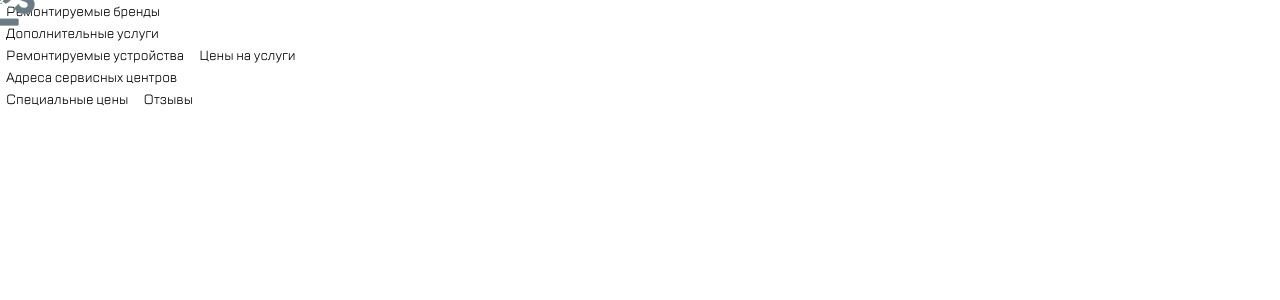
Repository: Dedoxa/Kata-WebCore-
Page: aside.html
An editor plug-in stored every save of this project. The page is shown before and after the next save, followed by the edit.
The browser window is 1280 px wide. The pictures show the whole page.

Above is the page before, as saved 2024-05-10 17:40:51.

After the next save:
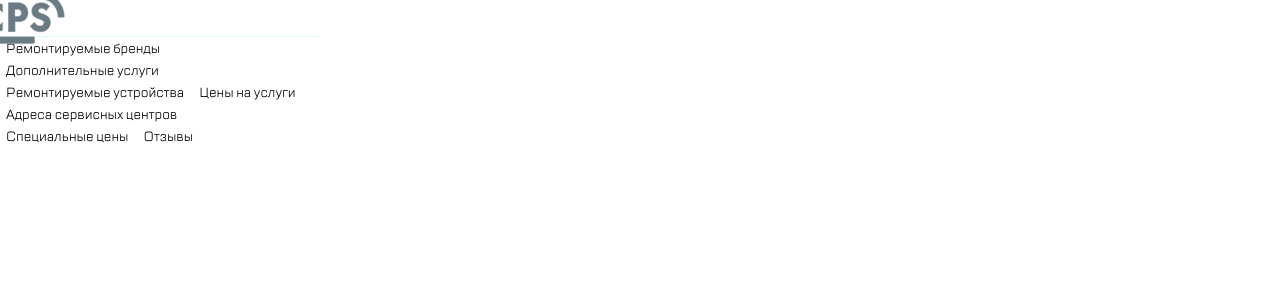
Saved 5 min 51 s later.
--- a/aside.css
+++ b/aside.css
@@ -68,7 +68,7 @@
     width: 320px;
   }
 
-  .upper-menu {
+  .aside-menu {
     display: flex;
     justify-content: space-between;
     background-color: #ffffff;
